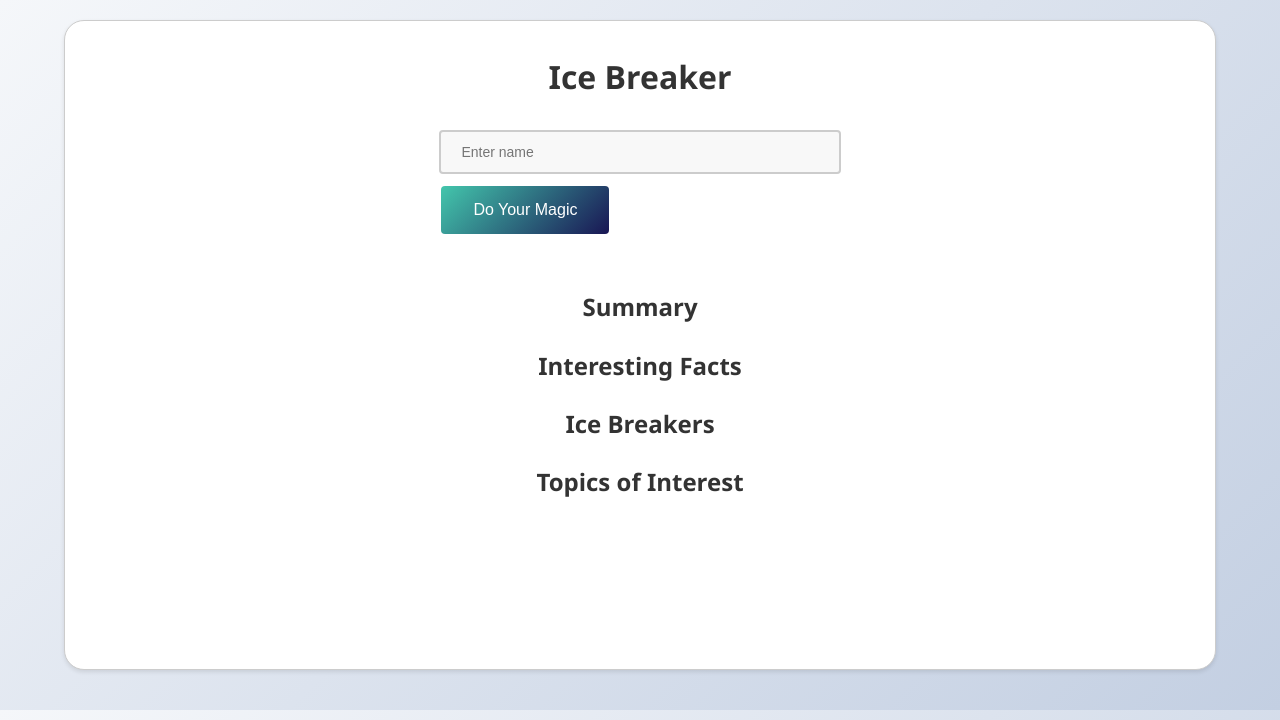
Repository: kunal02kb/Minor-Project-LangCahin
Page: http://localhost/
The author's editor kept a copy of each file at every save. The page is drawn from the files as they stood at one save, then again after the next save.
The browser window is 1280 px wide. The pictures show the whole page.
Some web libraries are served in a nearby version. The page is served by the project's application, run on Flask 3 (app.py). Other server files are loaded and not shown.

Above is the page before, as saved 2023-09-27 08:29:28.

### templates/index.html
<!DOCTYPE html>
<html lang="en">
<head>
    <meta charset="UTF-8">
    <meta name="viewport" content="width=device-width, initial-scale=1.0">
    <link rel="stylesheet" href="{{ url_for('static', filename='css/style.css') }}">
    <script src="https://code.jquery.com/jquery-3.6.0.min.js"></script>
    <title>Ice Breaker</title>
    <link rel="stylesheet" href="https://cdnjs.cloudflare.com/ajax/libs/font-awesome/6.1.0/css/all.min.css" />
    <div class="spinner-container" id="spinner-container" style="display: none;">
        <i id="loading-spinner" class="fas fa-spinner fa-spin"></i>
    </div>
</head>
<body>
    <div class="container">
        <h1>Ice Breaker</h1>
        <form id="name-form">
            <input type="text" id="name" name="name" placeholder="Enter name">
            <button id="magic-button" type="submit">Do Your Magic</button>
        </form>
        <div id="result">
            <img id="profile-pic" src="" alt="Profile Picture" style="display: none; max-width: 100%; height: auto; border-radius: 50%; margin-bottom: 20px;">
            <h2>Summary</h2>
            <p id="summary-and-facts"></p>
            <h2>Interesting Facts</h2>
            <div id="interests"></div>
            <h2>Ice Breakers</h2>
            <div id="ice-breakers"></div>
            <h2>Topics of Interest</h2>
            <div id="topics-of-interest"></div>
        </div>
    </div>
    <script>
        $(document).ready(function () {
            $('#name-form').on('submit', function (e) {
                e.preventDefault();
                $('#spinner-container').show();
                $.ajax({
                    url: '/process',
                    data: $('#name-form').serialize(),
                    type: 'POST',
                    success: function (response) {
                        $('#profile-pic').attr('src', response.picture_url); // Update the profile picture src attribute
                        $('#profile-pic').show(); // Show the profile picture
                        $('#summary-and-facts').text(response.summary);
                        $('#interests').html('<ul>' + response.facts.map(fact => '<li>' + fact + '</li>').join('') + '</ul>');
                        $('#ice-breakers').html('<ul>' + response.ice_breakers.map(ice_breaker => '<li>' + ice_breaker + '</li>').join('') + '</ul>');
                        $('#topics-of-interest').html('<ul>' + response.interests.map(topic => '<li>' + topic + '</li>').join('') + '</ul>');
                    },
                    error: function (error) {
                        console.log(error);
                    },
                    complete: function () {
                        $('#spinner-container').hide();
                    }
                });
            });
        });
    </script>
</body>
</html>

### app.py
from flask import Flask, render_template, request, jsonify
from ice_breaker import ice_break

app = Flask(__name__)


@app.route("/")
def index():
    return render_template("index.html")


@app.route("/process", methods=["POST"])
def process():
    name = request.form["name"]
    person_info, profile_pic_url = ice_break(name=name)

    # print(person_info.summary)
    # print( person_info.topic_of_interest)
    # print( person_info.facts)
    # print( person_info.ice_breaker)
    # print(profile_pic_url)

    return jsonify(
        {
            "summary": person_info.summary,
            "interests": person_info.topic_of_interest,
            "facts": person_info.facts,
            "ice_breakers": person_info.ice_breaker,
            "picture_url": profile_pic_url,
        }
    )


if __name__ == "__main__":
    app.run(host="0.0.0.0", debug=True)

### static/css/style.css

* {
    box-sizing: border-box;
    margin: 0;
    padding: 0;
}

body {
    font-family: 'Segoe UI', Tahoma, Geneva, Verdana, sans-serif;
    background-color: #f5f5f5;
    color: #333;
    line-height: 1.6;
    height: auto;
    min-height: 690px;
}

.container {
    width: 90%;
    min-height: 650px;
    margin: 20px auto;
    padding: 30px;
    background-color: #ffffff;
    box-shadow: 0 2px 4px rgba(0, 0, 0, 0.1);
    border: 1px solid #ccc;
    border-radius: 20px;
    display: flex;
    flex-direction: column;
    align-items: center;
}

h1 {
    font-size: 32px;
    margin-bottom: 20px;
}

input[type="text"] {
    width: 100%;
    padding: 12px 20px;
    margin: 8px 0;
    box-sizing: border-box;
    border: 2px solid #ccc;
    border-radius: 4px;
    background-color: #f8f8f8;
    font-size: 14px;
}

button {
    background-color: #4caf50;
    border: none;
    color: white;
    padding: 15px 32px;
    text-align: center;
    text-decoration: none;
    display: inline-block;
    font-size: 16px;
    margin: 4px 2px;
    cursor: pointer;
    border-radius: 4px;
    transition: 0.3s;
}

button:hover {
    background-color: #45a049;
}

#result {
    margin-top: 30px;
    width: 100%;
    text-align: center;
}


#loading {
  display: none;
  position: fixed;
  top: 0;
  right: 0;
  bottom: 0;
  left: 0;
  z-index: 999;
  background-color: rgba(255, 255, 255, 0.8);
}

.loader {
  position: absolute;
  top: 50%;
  left: 50%;
  transform: translate(-50%, -50%);
  border: 8px solid #f3f3f3;
  border-top: 8px solid #3498db;
  border-radius: 50%;
  width: 50px;
  height: 50px;
  animation: spin 2s linear infinite;
}

p {
    font-size: 18px;
    margin-bottom: 10px;
}

h2 {
    font-size: 24px;
    margin-bottom: 10px;
    margin-top: 20px;
}


/* style.css */

/* Add or update this in your style.css file */

body {
    font-family: 'Segoe UI', Tahoma, Geneva, Verdana, sans-serif;
    background-color: #f5f5f5;
    color: #333;
    line-height: 1.6;
    background-image: linear-gradient(135deg, #f5f7fa 0%, #c3cfe2 100%);
}

.spinner-container {
    position: fixed;
    display: flex;
    align-items: center;
    justify-content: center;
    top: 0;
    right: 0;
    bottom: 0;
    left: 0;
    z-index: 999;
}

#loading-spinner {
    font-size: 48px;
}

button {
    background-color: #4caf50;
    background-image: linear-gradient(135deg, #43c6ac 0%, #191654 100%);
    border: none;
    color: white;
    padding: 15px 32px;
    text-align: center;
    text-decoration: none;
    display: inline-block;
    font-size: 16px;
    margin: 4px 2px;
    cursor: pointer;
    border-radius: 4px;
    transition: 0.3s;
}

After the next save:
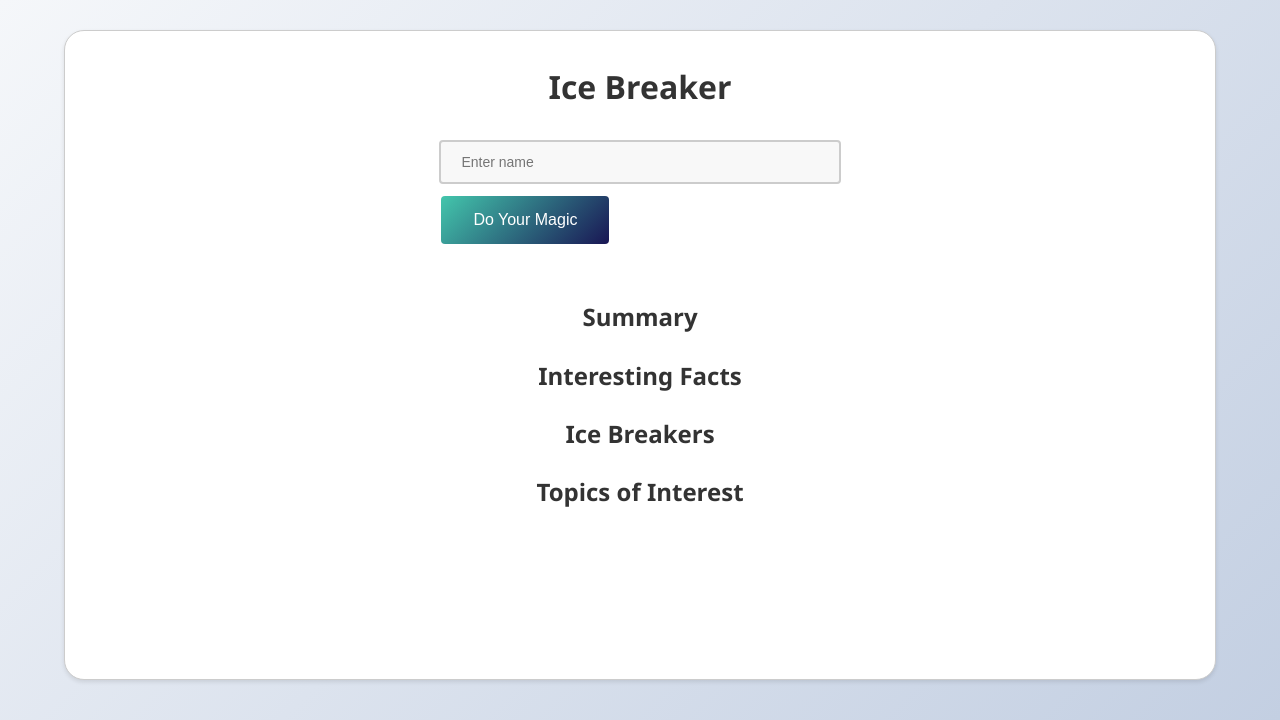
Saved 7 s later.
--- a/static/css/style.css
+++ b/static/css/style.css
@@ -17,7 +17,7 @@ body {
 .container {
     width: 90%;
     min-height: 650px;
-    margin: 20px auto;
+    margin: 30px auto;
     padding: 30px;
     background-color: #ffffff;
     box-shadow: 0 2px 4px rgba(0, 0, 0, 0.1);
